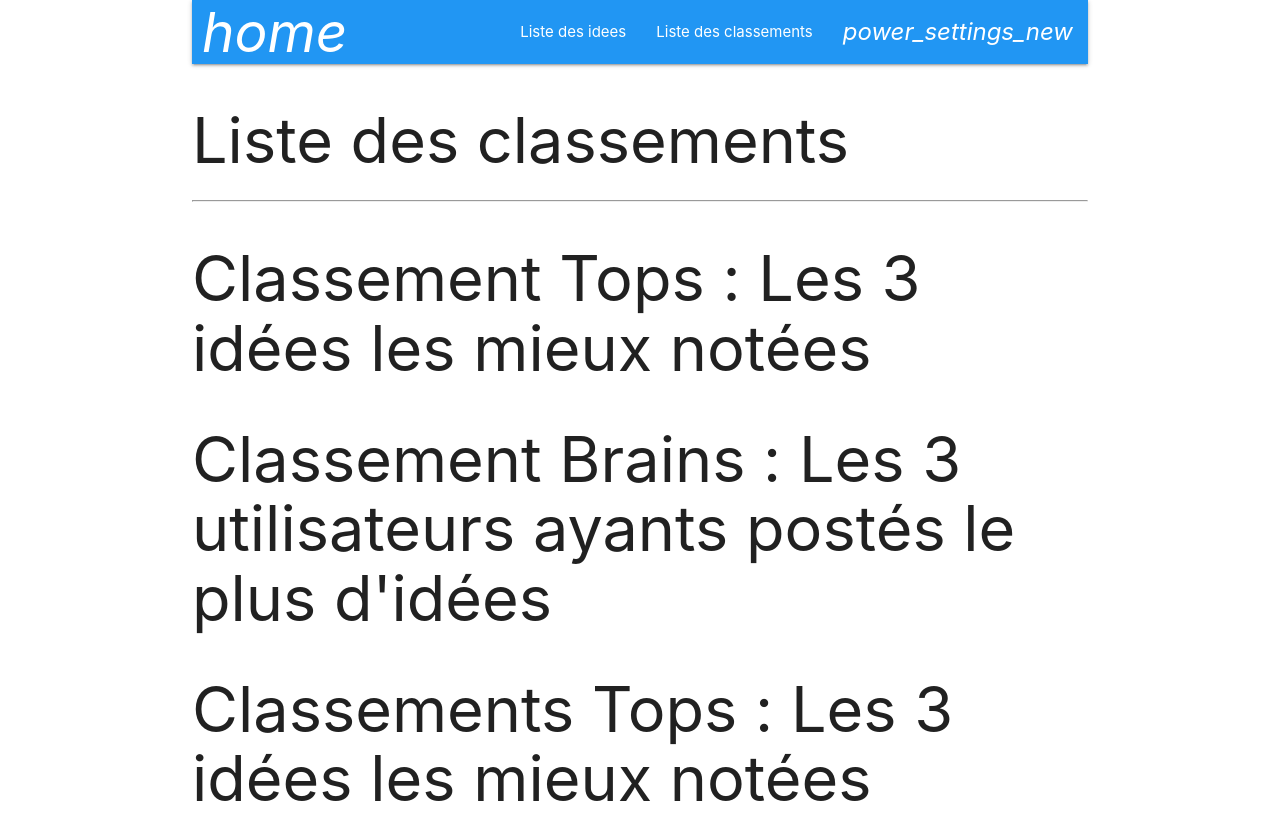
Repository: thdal/Atelier_JEE_16_02
Page: http://localhost/Atelier_JEE_16_02/WEB-INF/pages/classement/ListClassement.jsp
These files come from the project's save history. The page is drawn as it stood at one moment and after the next save; the edit follows.
The browser window is 1280 px wide. The pictures show the whole page.
The page is served by Tomcat 9. Nobody is signed in. The template is opened directly, without the code that normally fills it, so the values that code supplies are empty.

Above is the page before, as saved 2021-02-26 04:38:03.

After the next save:
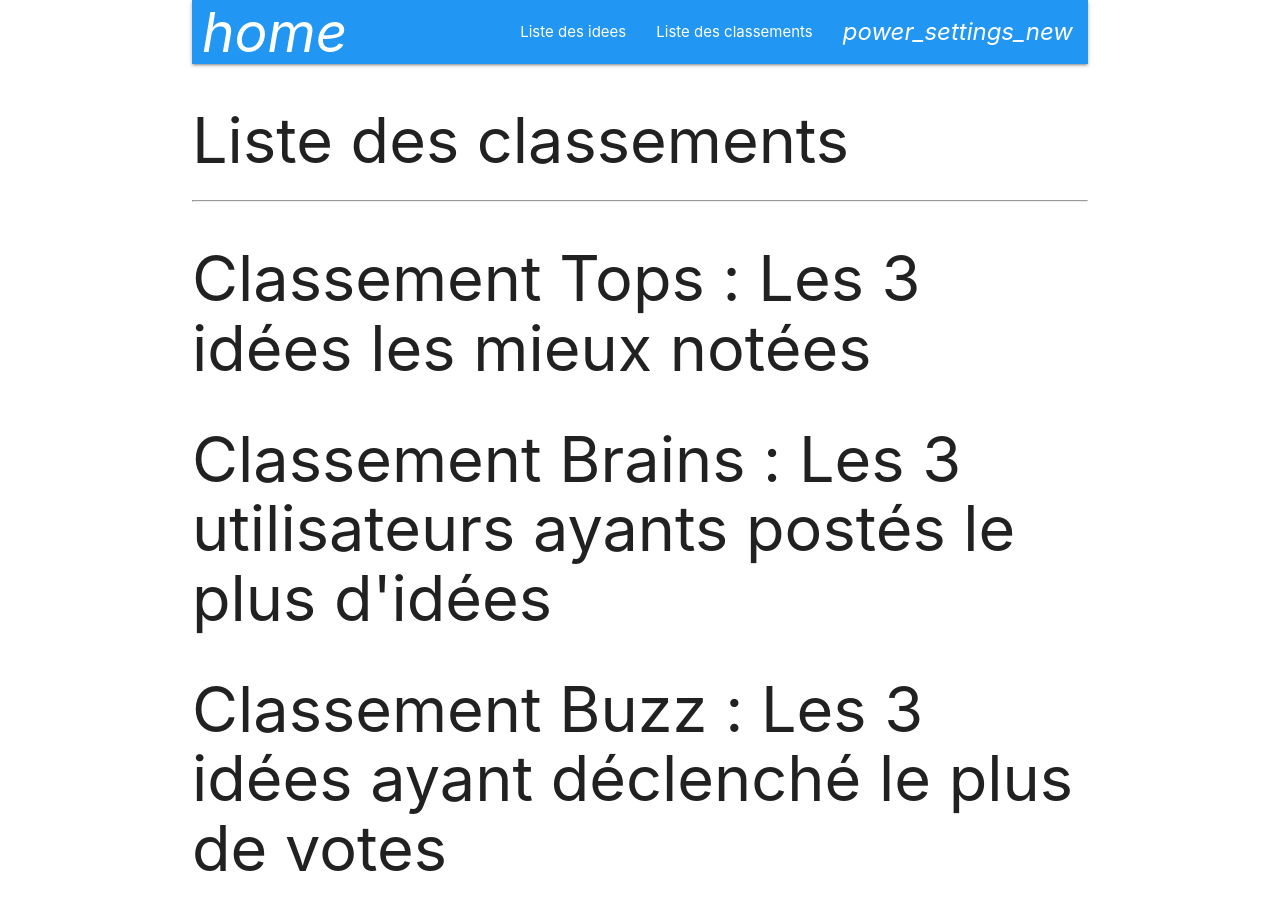
Saved 43 s later.
--- a/Atelier_JEE_16_02/src/main/webapp/WEB-INF/pages/classement/ListClassement.jsp
+++ b/Atelier_JEE_16_02/src/main/webapp/WEB-INF/pages/classement/ListClassement.jsp
@@ -16,7 +16,7 @@
 
 <h1>Classement Brains : Les 3 utilisateurs ayants postés le plus d'idées</h1>
 
-<h1>Classements Tops : Les 3 idées les mieux notées</h1>
+<h1>Classement Buzz : Les 3 idées ayant déclenché le plus de votes</h1>
 
 </div>
 </body>
